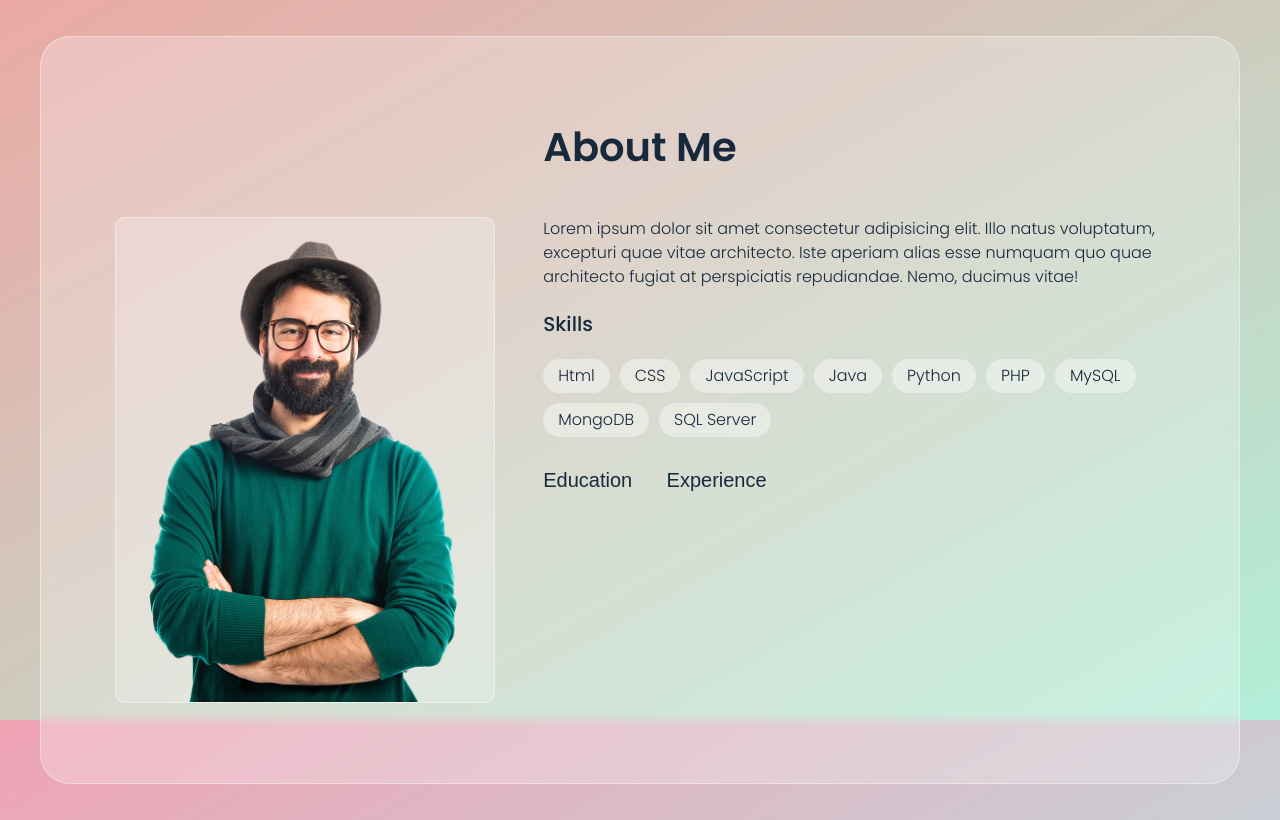
Repository: dewaary/Glassmorp-me
Page: index.html
These files come from the project's save history. The page is drawn as it stood at one moment and after the next save; the edit follows.
The browser window is 1280 px wide. The pictures show the whole page.
Backgrounds fixed to the window are drawn as part of the page.

Above is the page before, as saved 2021-05-25 22:35:06.
Not found: js/script,js

After the next save:
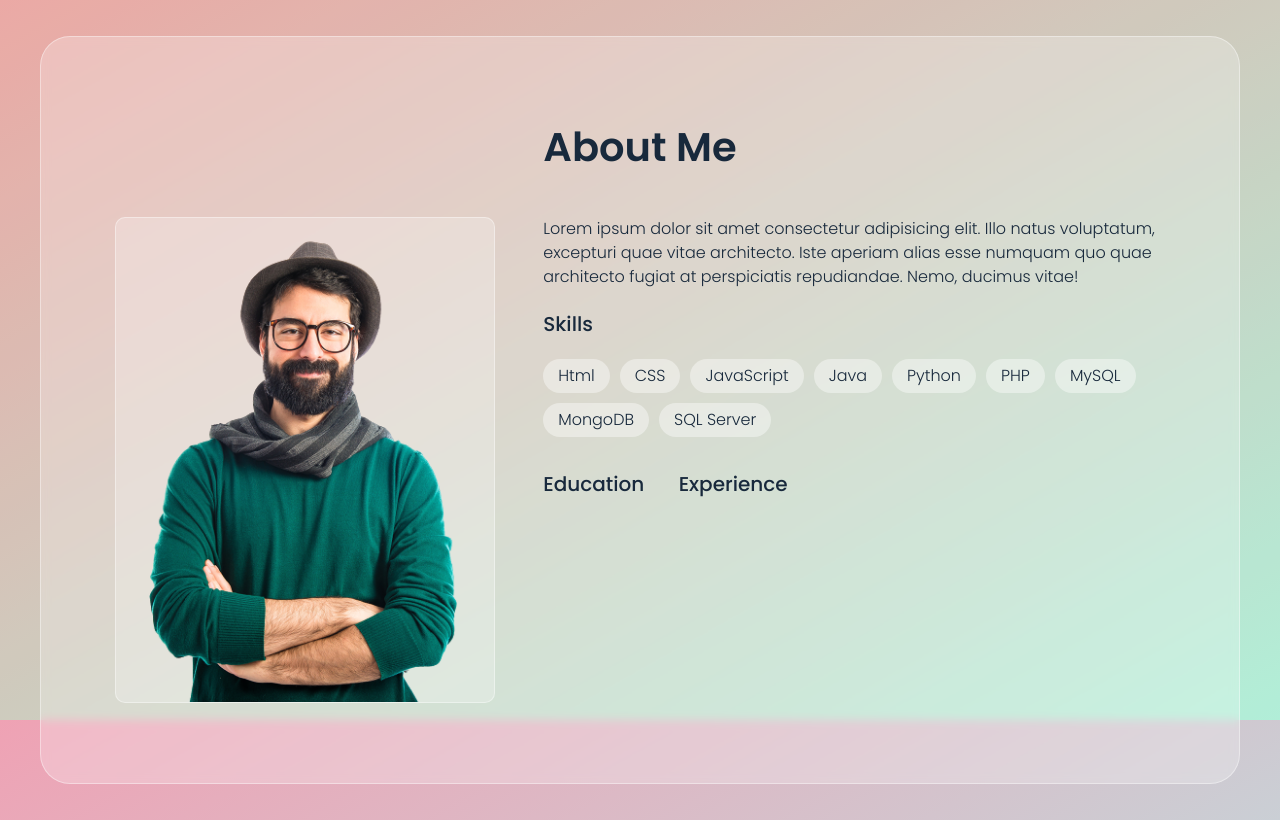
Saved 45 s later.
--- a/style.css
+++ b/style.css
@@ -147,6 +147,10 @@ section {
 /*
 Buttons */
 
+button {
+  font-family: inherit;
+  user-select: none;
+}
 
 
 .btn {
